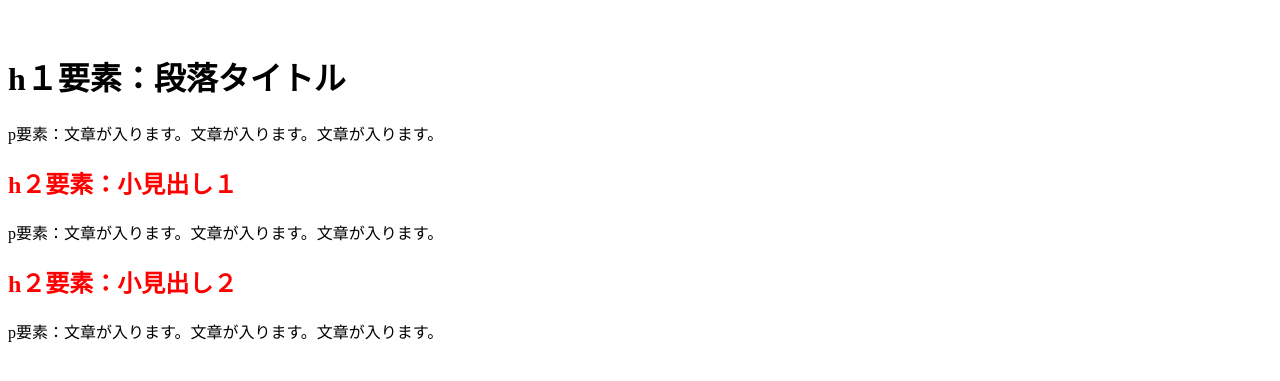
Repository: hatatatedai/samurai_HTML-CSS
Page: index3.html
The author's editor kept a record of every edit. The page is drawn from the files as they stood at one moment, then again after the next edit.
The browser window is 1280 px wide. The pictures show the whole page.

Above is the page before.

### index3.html
<!DOCTYPE html>
<html lang="ja">
　<head>
    <meta charset="UTF-8">
    <title>HTML/CSSの学習</title>
    <style>
        h2{
            color: red;
        }
    </style>
　</head>
　<body>
    <h1>h１要素：段落タイトル</h1>
    <p>p要素：文章が入ります。文章が入ります。文章が入ります。</p>
    <h2>h２要素：小見出し１</h2>
    <p>p要素：文章が入ります。文章が入ります。文章が入ります。</p>
    <h2>h２要素：小見出し２</h2>
    <p>p要素：文章が入ります。文章が入ります。文章が入ります。</p>
　</body>
</html>

After the next edit:
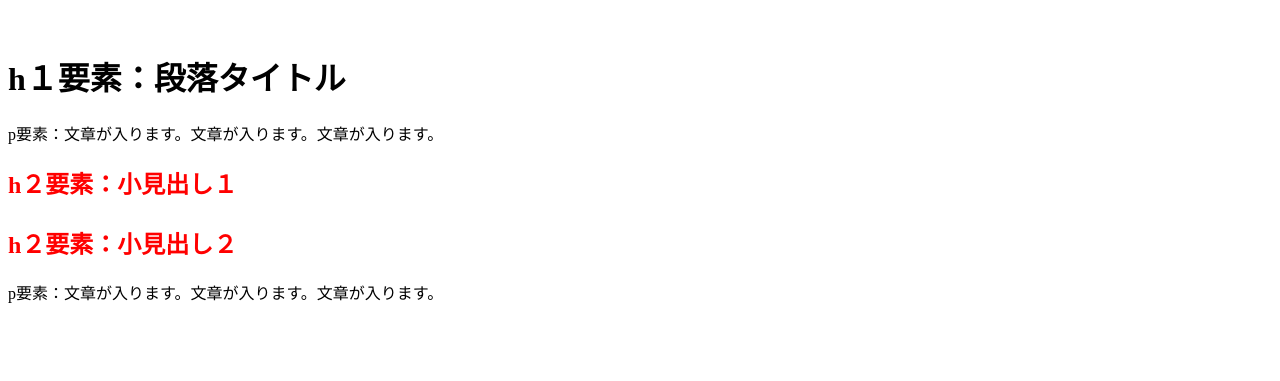
The edit:
--- a/index3.html
+++ b/index3.html
@@ -13,7 +13,8 @@
     <h1>h１要素：段落タイトル</h1>
     <p>p要素：文章が入ります。文章が入ります。文章が入ります。</p>
     <h2>h２要素：小見出し１</h2>
-    <p>p要素：文章が入ります。文章が入ります。文章が入ります。</p>
+    <p style="font-size: 25px;"
+       p要素：文章が入ります。文章が入ります。文章が入ります。</p>
     <h2>h２要素：小見出し２</h2>
     <p>p要素：文章が入ります。文章が入ります。文章が入ります。</p>
 　</body>
